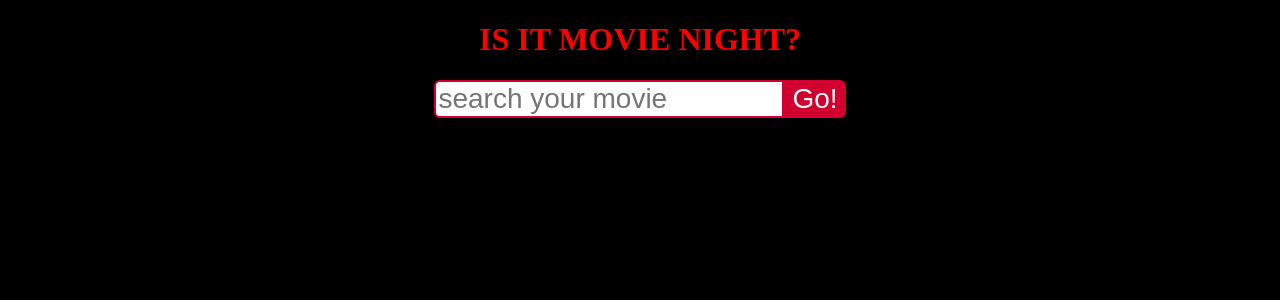
Repository: runner855/movies-app
Page: /
The author's editor kept a copy of each file at every save. The page is drawn from the files as they stood at one save, then again after the next save.
The browser window is 1280 px wide. The pictures show the whole page.
The project was rebuilt for these pictures with package versions that can differ from the ones it lists, and the page was loaded fresh each time.

Above is the page before, as saved 2021-06-19 11:56:54.

After the next save:
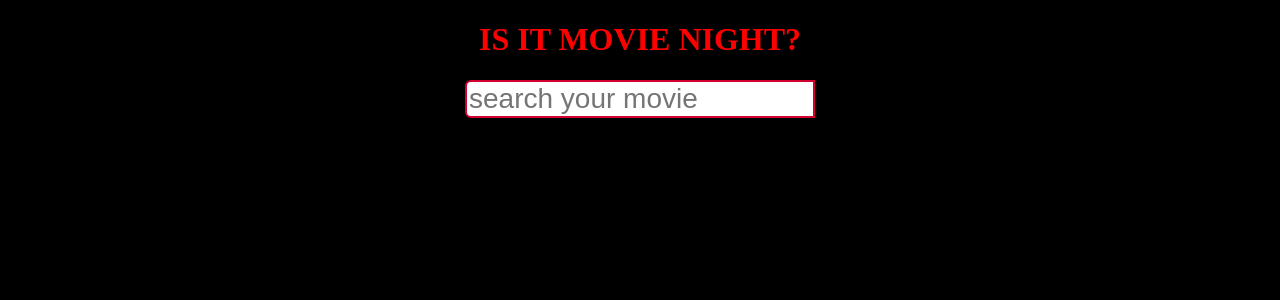
Saved 26 s later.
--- a/src/components/App.js
+++ b/src/components/App.js
@@ -25,10 +25,6 @@ function App() {
           value={searchTerm}
           onChange={handleChange}
         />
-
-        <button className="search-btn" type="submit">
-          Go!
-        </button>
       </form>
 
       <div className="container"></div>
